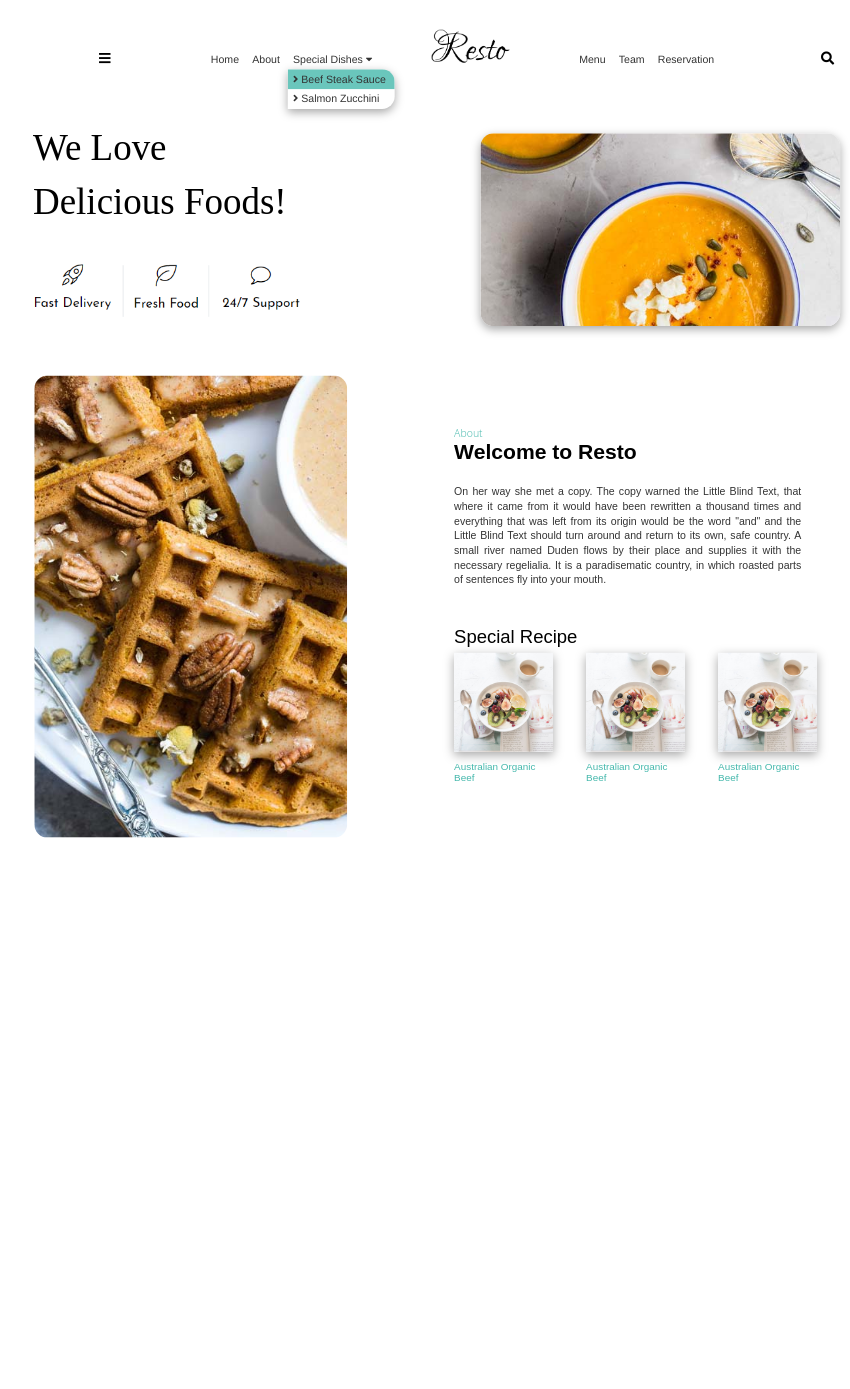
Repository: nguyenanhtuanHDU/myrestaurant
Page: index.html
An editor plug-in stored every save of this project. The page is shown before and after the next save, followed by the edit.
The browser window is 1280 px wide. The page is 1288 px wide, so the pictures cover 1288 px, including what lies to the right of the window. The pictures show the whole page, at 66% of full size.
The pointer rests on the first visible `.subnav_1 li a`.

Above is the page before, as saved 2022-02-07 08:59:16.

After the next save:
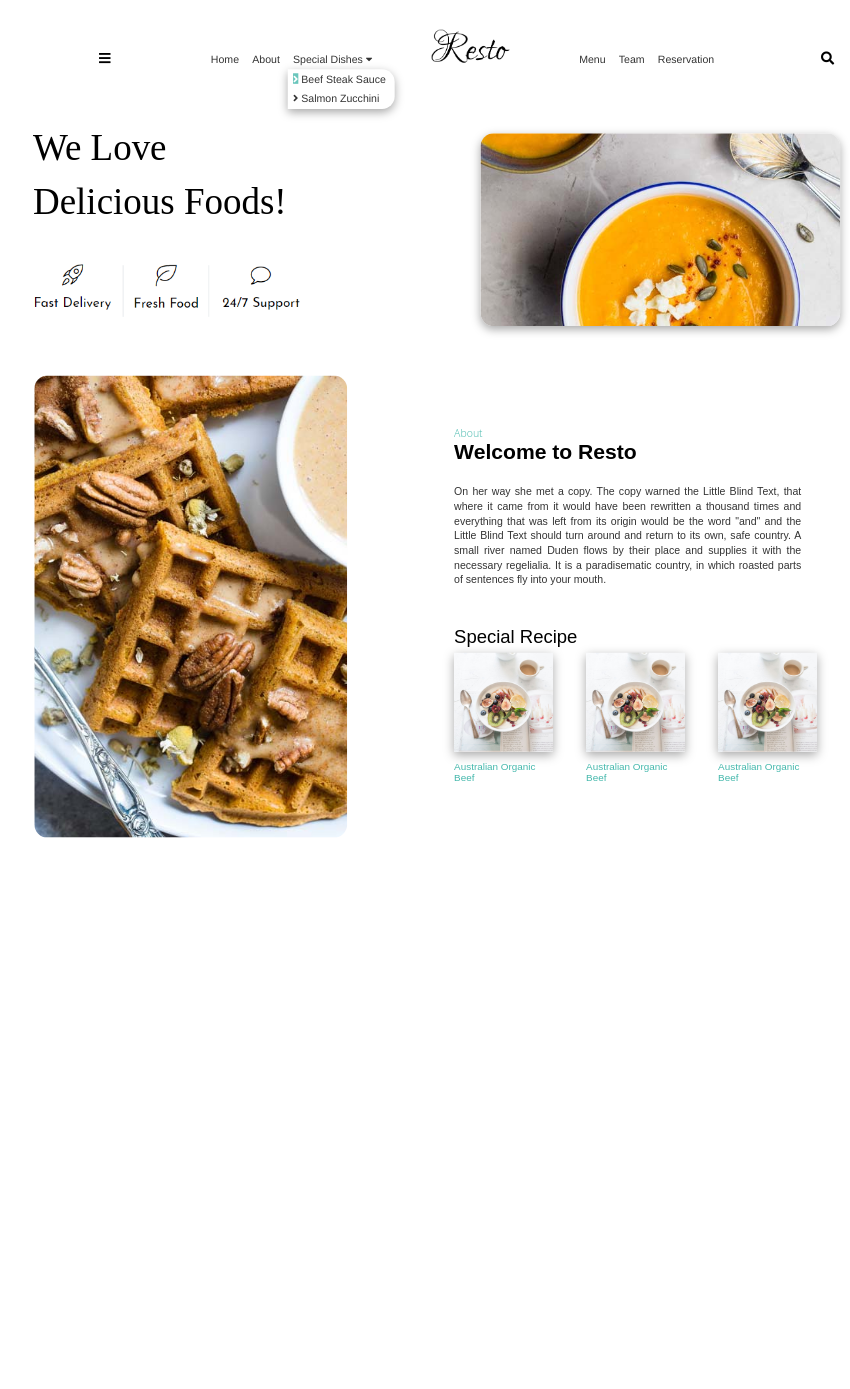
Saved 26 s later.
--- a/assets/style.css
+++ b/assets/style.css
@@ -119,7 +119,7 @@
     width: 0%;
     z-index: -1;
 }
-.subnav_1 li a:hover:before{
+.subnav_1 li a:hover :before{
     color: white;
     background-color: #45b8ac;
     width: 100%;

After the save that followed:
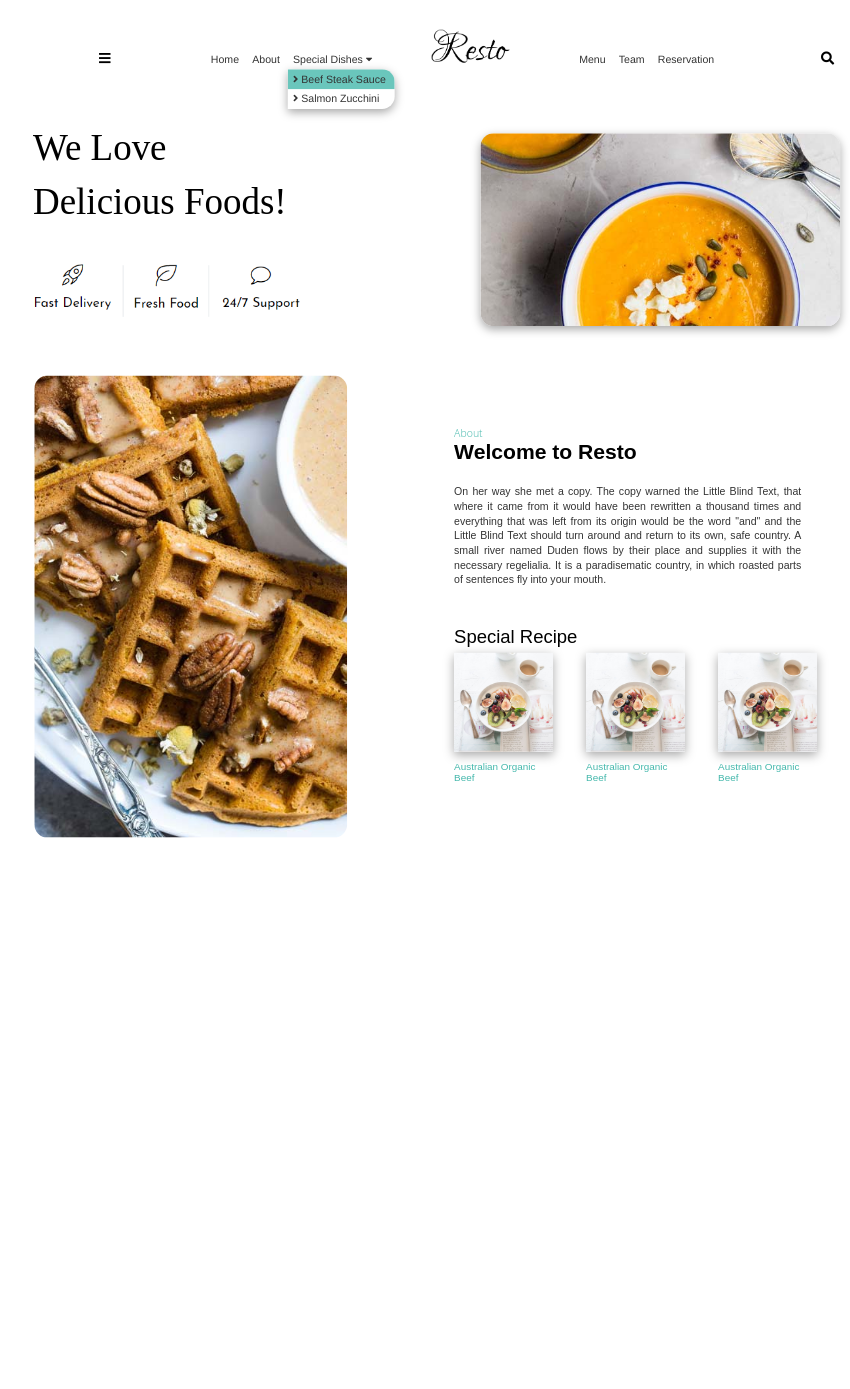
Saved 6 s later.
--- a/assets/style.css
+++ b/assets/style.css
@@ -119,7 +119,7 @@
     width: 0%;
     z-index: -1;
 }
-.subnav_1 li a:hover :before{
+.subnav_1 li a:hover:before{
     color: white;
     background-color: #45b8ac;
     width: 100%;
